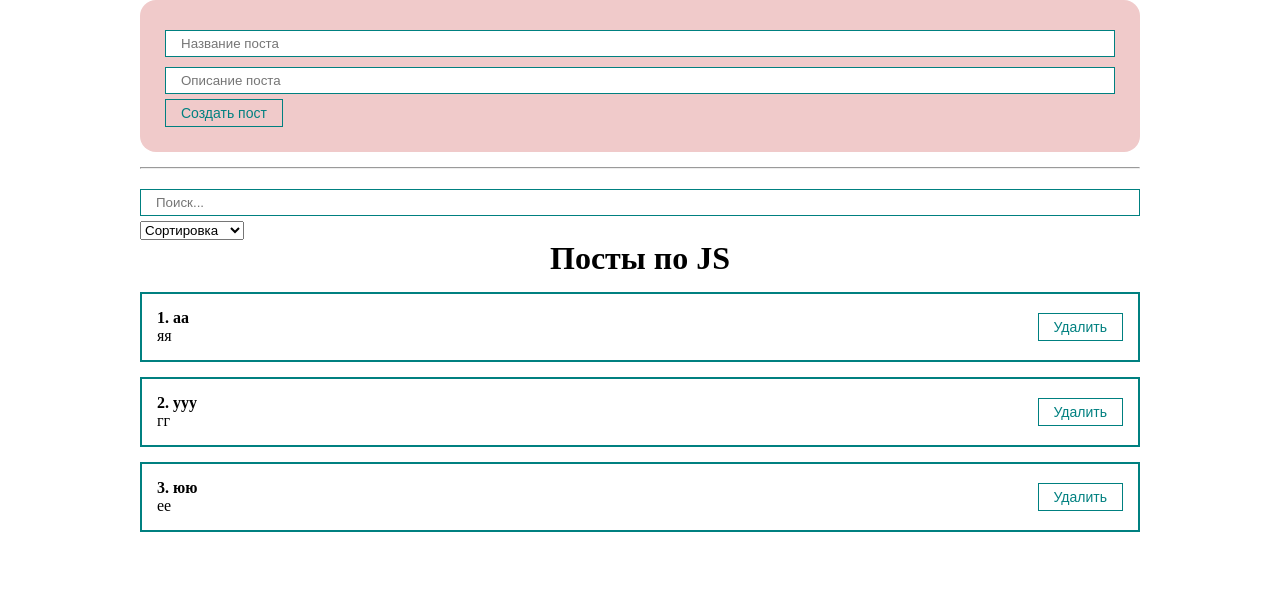
Repository: otvertka/ulb
Page: /
An editor plug-in stored every save of this project. The page is shown before and after the next save, followed by the edit.
The browser window is 1280 px wide. The pictures show the whole page.
The project was rebuilt for these pictures with package versions that can differ from the ones it lists, and the page was loaded fresh each time. Also part of the build but not shown: src/components/Counter.jsx, src/components/ClassCounter.jsx.

Above is the page before, as saved 2023-06-13 12:17:43.

After the next save:
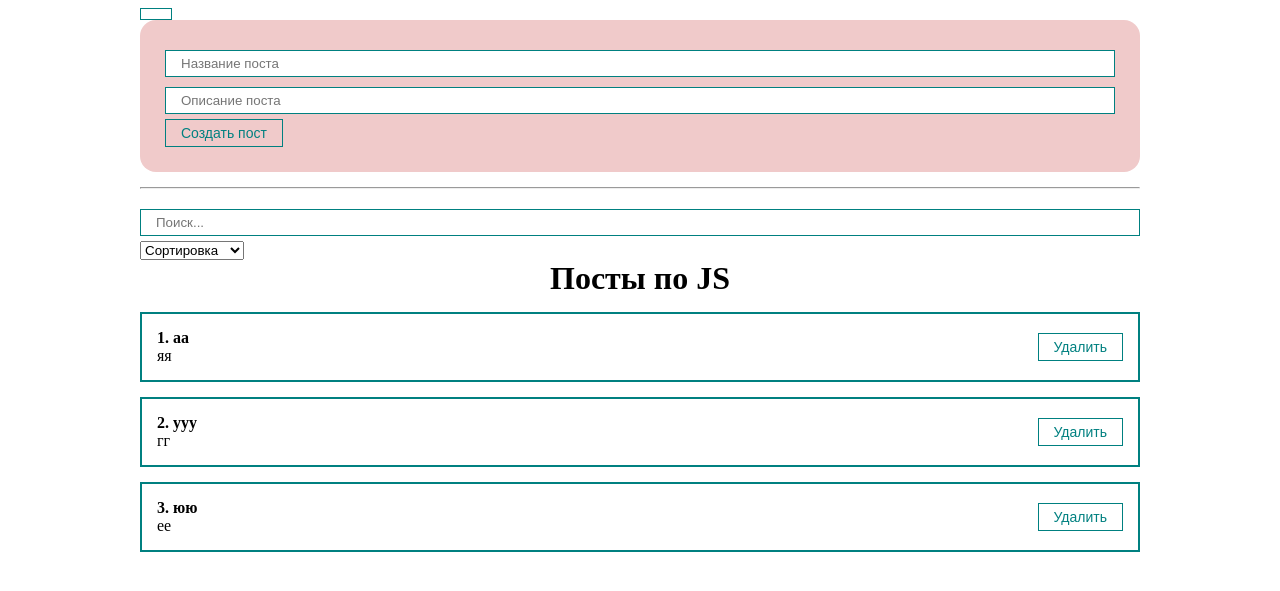
Saved 75 s later.
--- a/src/App.js
+++ b/src/App.js
@@ -50,6 +50,7 @@ function App() {
   // импортируем компонент
   return (
     <div className="App">
+      <MyButton onClick={() => setModal(true)}></MyButton>
       <MyModal visible={modal} setVisible={setModal}>
         <PostForm create={createPost} />
       </MyModal>
